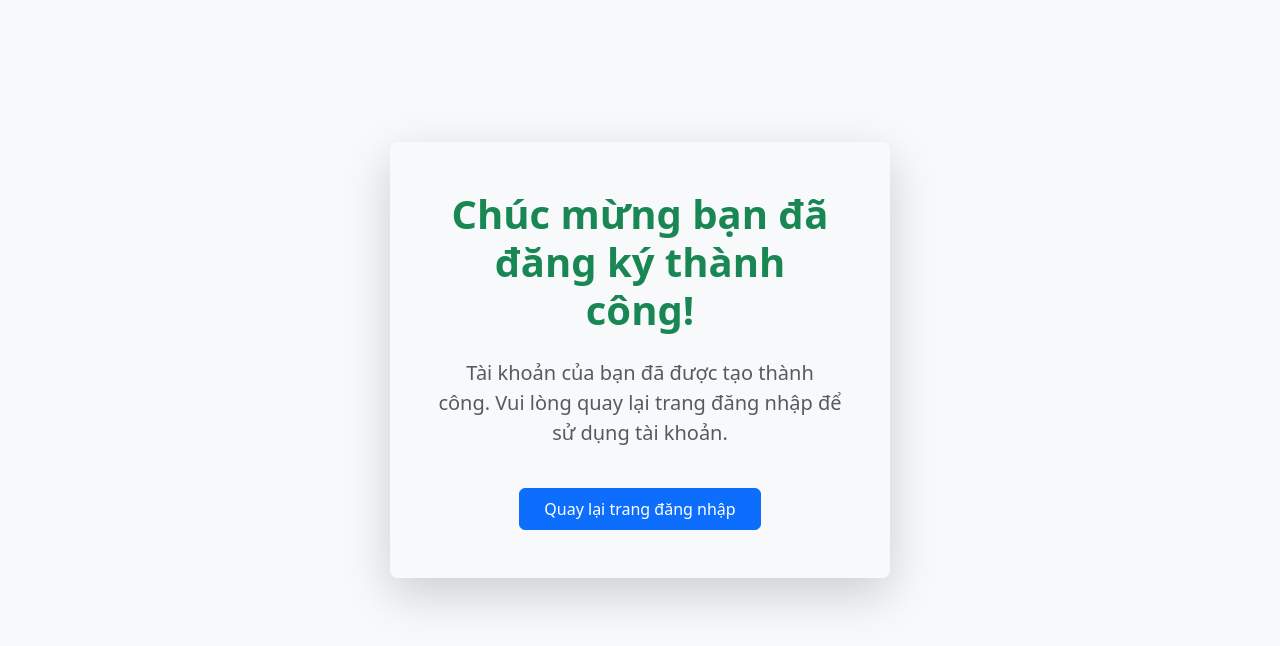
Repository: manhtdxxx/Tour-Booking-Webapp
Page: http://localhost/bookingTour/success.jsp
The author's editor kept a copy of each file at every save. The page is drawn from the files as they stood at one save, then again after the next save.
The browser window is 1280 px wide. The pictures show the whole page.
The page is served by Tomcat 9. Other server files are loaded and not shown.

Above is the page before, as saved 2024-11-07 09:58:42.

### bookingTour/src/main/webapp/success.jsp
<%@ page language="java" contentType="text/html; charset=UTF-8" pageEncoding="UTF-8"%>
<!DOCTYPE html>
<html>
<head>
<meta charset="UTF-8">
<title>Đăng ký thành công!</title>
<meta name="viewport" content="width=device-width, initial-scale=1">
<link href="https://cdn.jsdelivr.net/npm/bootstrap@5.3.3/dist/css/bootstrap.min.css"
	rel="stylesheet">
<script src="https://cdn.jsdelivr.net/npm/bootstrap@5.3.3/dist/js/bootstrap.bundle.min.js"></script>
<link rel="stylesheet" href="css/style.css">
</head>

<body class="d-flex align-items-center justify-content-center vh-100 bg-light">
	<div class="container p-5 text-center shadow-lg rounded-3"
		style="background-color: #f8f9fa; max-width: 500px;">
		<h1 class="mb-4 text-success fw-bold">Chúc mừng bạn đã đăng ký thành công!</h1>
		<p class="lead text-muted">Tài khoản của bạn đã được tạo thành công. Vui lòng quay lại trang
			đăng nhập để sử dụng tài khoản.</p>
		<a href="login.jsp" class="btn btn-primary mt-4 px-4 py-2"> Quay lại trang đăng nhập </a>
	</div>
</body>

</html>

### bookingTour/src/main/webapp/css/style.css
@charset "UTF-8";

.banner, .banner>div {
	display: flex;
	flex-direction: column; /* Main axis is vertical */
	justify-content: center; /* Center items along the main axis */
	align-items: center; /* Center items along the cross axis*/
}

.banner img {
	width: 100%;
	height: auto;
	object-fit: cover;
}

.banner {
	position: relative;
}

.banner>div {
	position: absolute;
	background-color: rgba(11, 100, 172, 0.5);
	padding: 20px 40px;
	color: #FFFFFF;
	border-radius: 20px;
	font-weight: bolder;
}

.box-hot-tour img {
	width: 100%;
}

.box-hot-tour {
	margin-bottom: 20px;
}

.box-category img {
	width: 100%;
}

.box-category {
	position: relative;
	display: flex;
	justify-content: center;
	align-items: flex-end;
}

.box-category a {
	position: absolute;
	color: black;
	padding: 10px;
	font-weight: bold;
	z-index: 1; /* Ensures it appears above the image */
}

/* Hover effect for images in the .box-hot-tour and .box-category */
.box-hot-tour img, .box-category img {
	transition: transform 0.3s ease, opacity 0.3s ease;
}

.box-hot-tour img:hover, .box-category img:hover {
	transform: scale(1.05); /* Slightly enlarge the image */
	opacity: 0.95; /* Dim the image slightly */
}

After the next save:
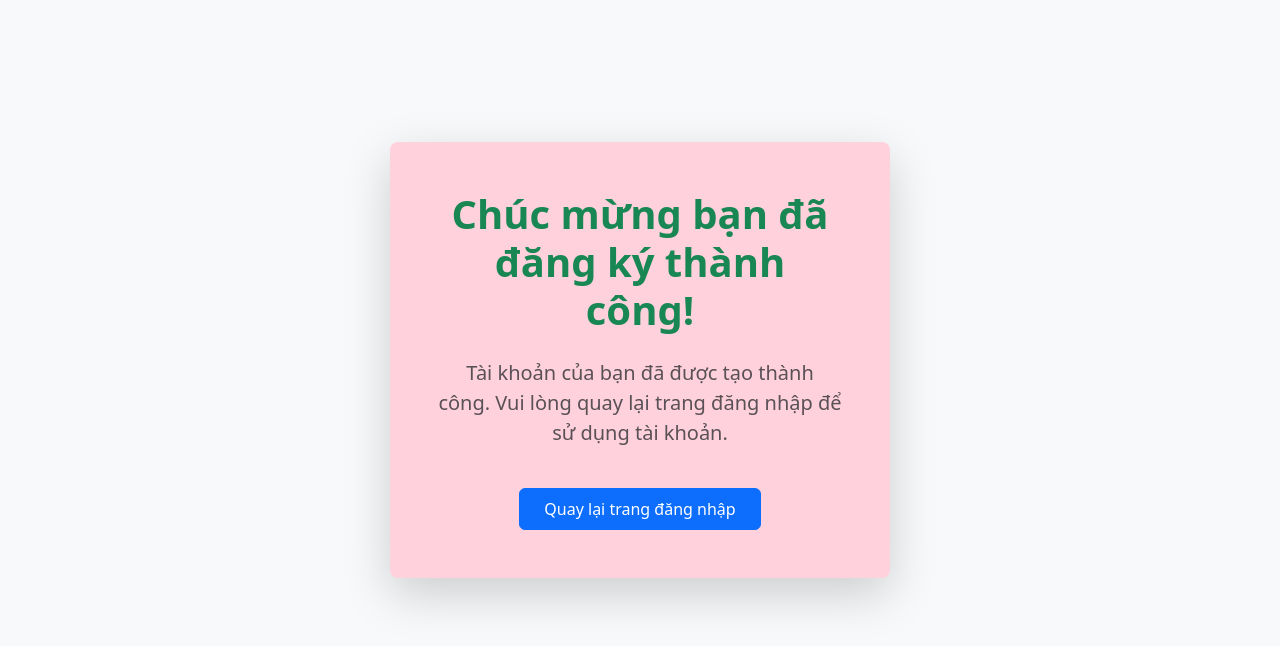
Saved 110 s later.
--- a/bookingTour/src/main/webapp/success.jsp
+++ b/bookingTour/src/main/webapp/success.jsp
@@ -13,7 +13,7 @@
 
 <body class="d-flex align-items-center justify-content-center vh-100 bg-light">
 	<div class="container p-5 text-center shadow-lg rounded-3"
-		style="background-color: #f8f9fa; max-width: 500px;">
+		style="background-color: #FFD1DC; max-width: 500px;">
 		<h1 class="mb-4 text-success fw-bold">Chúc mừng bạn đã đăng ký thành công!</h1>
 		<p class="lead text-muted">Tài khoản của bạn đã được tạo thành công. Vui lòng quay lại trang
 			đăng nhập để sử dụng tài khoản.</p>

After the save that followed:
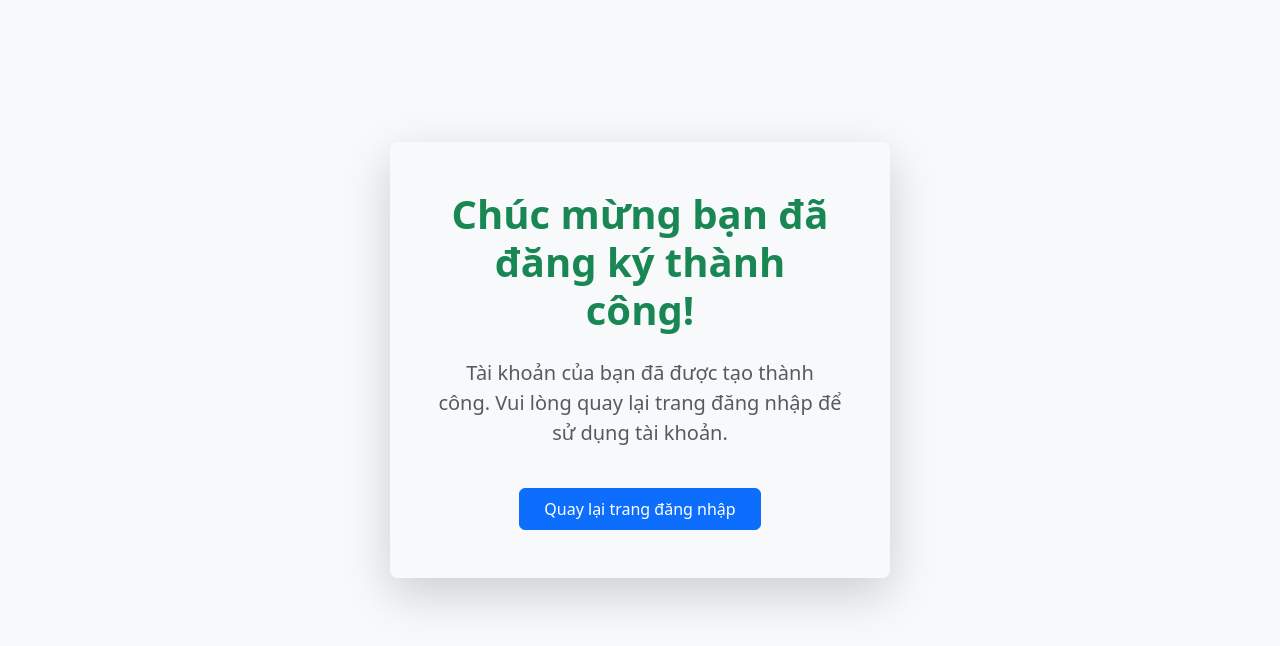
Saved 23 s later.
--- a/bookingTour/src/main/webapp/success.jsp
+++ b/bookingTour/src/main/webapp/success.jsp
@@ -13,7 +13,7 @@
 
 <body class="d-flex align-items-center justify-content-center vh-100 bg-light">
 	<div class="container p-5 text-center shadow-lg rounded-3"
-		style="background-color: #FFD1DC; max-width: 500px;">
+		style="background-color: #f8f9fa; max-width: 500px;">
 		<h1 class="mb-4 text-success fw-bold">Chúc mừng bạn đã đăng ký thành công!</h1>
 		<p class="lead text-muted">Tài khoản của bạn đã được tạo thành công. Vui lòng quay lại trang
 			đăng nhập để sử dụng tài khoản.</p>
